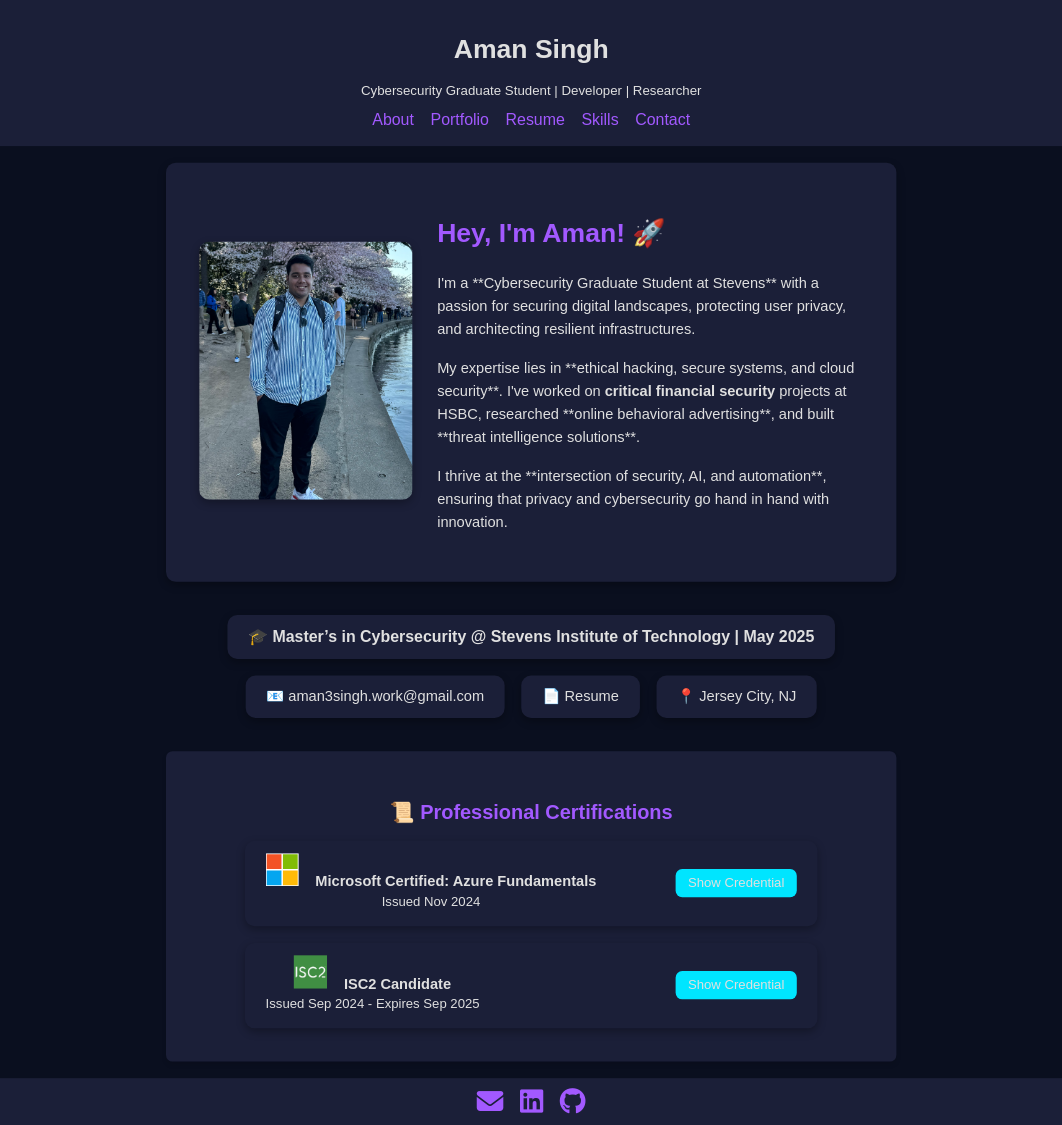
Repository: aman3singh/portfolio
Page: index.html
These files come from the project's save history. The page is drawn as it stood at one moment and after the next save; the edit follows.
The browser window is 1280 px wide. The pictures show the whole page, at 83% of full size.

Above is the page before, as saved 2025-02-11 22:36:04.

### index.html
<!DOCTYPE html>
<html lang="en">
<head>
    <meta charset="UTF-8">
    <meta name="viewport" content="width=device-width, initial-scale=1.0">
    <title>Aman Singh | Cybersecurity Portfolio</title>
    <link rel="stylesheet" href="styles.css">
    <link rel="stylesheet" href="https://cdnjs.cloudflare.com/ajax/libs/font-awesome/6.4.2/css/all.min.css">
</head>
<body>
    <header>
        <h1>Aman Singh</h1>
        <p>Cybersecurity Graduate Student | Developer | Researcher</p>
        <nav>
            <a href="#about">About</a>
            <a href="portfolio.html">Portfolio</a>
            <a href="resume.html">Resume</a>
            <a href="#skills">Skills</a>
            <a href="#contact">Contact</a>
        </nav>
    </header>

    <section id="about" style="display: flex; align-items: center; gap: 30px; padding: 40px;">
        <div style="flex: 1; text-align: center;">
            <img src="Aman.jpg" alt="Aman Singh" style="width: 100%; max-width: 300px; border-radius: 12px; box-shadow: 0px 4px 10px rgba(0, 0, 0, 0.3);">
        </div>
        <div style="flex: 2;">
            <h2 style="color: #A259FF;">Hey, I'm Aman! 🚀</h2>
            <p>
                I'm a **Cybersecurity Graduate Student at Stevens** with a passion for securing digital landscapes, protecting user privacy, and architecting resilient infrastructures.
            </p>
            <p>
                My expertise lies in **ethical hacking, secure systems, and cloud security**. I've worked on <b>critical financial security</b> projects at HSBC, researched **online behavioral advertising**, and built **threat intelligence solutions**.
            </p>
            <p>
                I thrive at the **intersection of security, AI, and automation**, ensuring that privacy and cybersecurity go hand in hand with innovation.
            </p>
        </div>
    </section>

    <div style="display: flex; flex-direction: column; align-items: center; text-align: center; gap: 20px; padding: 20px;">
        <div style="background-color: #1B1F38; padding: 15px 25px; border-radius: 12px; font-size: 1.2em; box-shadow: 0px 4px 10px rgba(0, 0, 0, 0.3);">
            🎓 <b>Master’s in Cybersecurity @ Stevens Institute of Technology | May 2025</b>
        </div>
        <div style="display: flex; gap: 20px;">
            <div style="background-color: #1B1F38; padding: 15px 25px; border-radius: 12px; font-size: 1.1em; box-shadow: 0px 4px 10px rgba(0, 0, 0, 0.3);">
                📧 <a href="mailto:aman3singh.work@gmail.com" style="color: #E0E0E0; text-decoration: none;">aman3singh.work@gmail.com</a>
            </div>
            <div style="background-color: #1B1F38; padding: 15px 25px; border-radius: 12px; font-size: 1.1em; box-shadow: 0px 4px 10px rgba(0, 0, 0, 0.3);">
                📄 <a href="resume.html" style="color: #E0E0E0; text-decoration: none;">Resume</a>
            </div>
            <div style="background-color: #1B1F38; padding: 15px 25px; border-radius: 12px; font-size: 1.1em; box-shadow: 0px 4px 10px rgba(0, 0, 0, 0.3);">
                📍 Jersey City, NJ
            </div>
        </div>
    </div>

    <section id="certifications" style="padding: 40px; text-align: center;">
        <h2 style="color: #A259FF;">📜 Professional Certifications</h2>
        <div style="display: flex; flex-direction: column; align-items: center; gap: 20px;">
            <div style="background-color: #1B1F38; padding: 15px 25px; border-radius: 12px; font-size: 1.1em; width: 80%; display: flex; align-items: center; justify-content: space-between; box-shadow: 0px 4px 10px rgba(0, 0, 0, 0.3);">
                <div>
                    <img src="microsoft_logo.svg" alt="Microsoft Logo" style="height: 40px; margin-right: 15px;">
                    <b>Microsoft Certified: Azure Fundamentals</b>
                    <p style="margin: 5px 0; font-size: 0.9em;">Issued Nov 2024</p>
                </div>
                <a href="https://learn.microsoft.com/en-us/users/amansingh-1923/credentials/2ef5697650f7d138?ref=https%3A%2F%2Fwww.linkedin.com%2F" target="_blank" style="color: #E0E0E0; text-decoration: none; background-color: #00E5FF; padding: 8px 15px; border-radius: 8px; font-size: 0.9em;">Show Credential</a>
            </div>
            <div style="background-color: #1B1F38; padding: 15px 25px; border-radius: 12px; font-size: 1.1em; width: 80%; display: flex; align-items: center; justify-content: space-between; box-shadow: 0px 4px 10px rgba(0, 0, 0, 0.3);">
                <div>
                    <img src="isc2_logo.jpg" alt="ISC2 Logo" style="height: 40px; margin-right: 15px;">
                    <b>ISC2 Candidate</b>
                    <p style="margin: 5px 0; font-size: 0.9em;">Issued Sep 2024 - Expires Sep 2025</p>
                </div>
                <a href="https://www.credly.com/badges/34d270c8-7299-4ed3-a625-0a13da7394b7/linked_in_profile" target="_blank" style="color: #E0E0E0; text-decoration: none; background-color: #00E5FF; padding: 8px 15px; border-radius: 8px; font-size: 0.9em;">Show Credential</a>
            </div>
        </div>
    </section>

    <footer>
            <div class="social-links" style="display: flex; gap: 20px; font-size: 2rem;">
                <a href="mailto:aman3singh.work@gmail.com" target="_blank">
                    <i class="fa-solid fa-envelope"></i>
                </a>
                <a href="https://www.linkedin.com/in/aman-singh7/" target="_blank">
                    <i class="fa-brands fa-linkedin"></i>
                </a>
                <a href="https://github.com/aman3singh" target="_blank">
                    <i class="fa-brands fa-github"></i>
                </a>
            </div>
    </footer>
</body>
</html>

### styles.css
body {
    font-family: 'Arial', sans-serif;
    margin: 0;
    padding: 0;
    background-color: #0A0F1F;
    color: #E0E0E0;
}

header {
    background-color: #1B1F38;
    color: 	#E0E0E0;
    text-align: center;
    padding: 20px;
}

nav {
    display: flex;
    justify-content: center;
    gap: 20px;
}

nav a {
    color: #A259FF;
    text-decoration: none;
    font-size: 1.2em;
    transition: color 0.3s;
}

nav a:hover {
    color: #00E5FF;
}

section {
    padding: 20px;
    margin: 20px auto;
    max-width: 800px;
    background: #1B1F38;
    box-shadow: 0px 4px 6px rgba(0, 0, 0, 0.1);
    border-radius: 8px;
}

h2 {
    color: #A259FF;
}
#about {
    display: flex;
    align-items: center;
    gap: 30px;
    padding: 40px;
    background-color: #1B1F38;
    border-radius: 12px;
    box-shadow: 0px 4px 10px rgba(0, 0, 0, 0.3);
}

#about img {
    width: 100%;
    max-width: 300px;
    border-radius: 12px;
    box-shadow: 0px 4px 10px rgba(0, 0, 0, 0.3);
}

#about h2 {
    color: #A259FF;
    font-size: 2em;
}

#about p {
    color: #E0E0E0;
    font-size: 1.1em;
    line-height: 1.6;
}
#resume-container {
    display: flex;
    justify-content: center;
    align-items: center;
    min-height: 100vh;
    background-color: #0A0F1F; /* Match with your theme */
    padding-bottom: 0; /* Ensures no extra padding */
    overflow: hidden; /* Prevents extra scrolling */
}

#resume-container iframe {
    width: 80%;
    height: 100vh; /* Make it take full viewport height */
    border: none;
    background-color: transparent;
}

.project {
    border-left: 4px solid #A259FF;
    padding-left: 10px;
    margin-bottom: 15px;
}

.social-links {
    display: flex;
    justify-content: center;
    gap: 15px;
    font-size: 2rem;
}

.social-links a {
    color: #A259FF;
    transition: color 0.3s;
}

.social-links a:hover {
    color: #00E5FF;
}

footer {
    text-align: center;
    padding: 10px;
    background-color: #1B1F38;
    color: #E0E0E0;
}

After the next save:
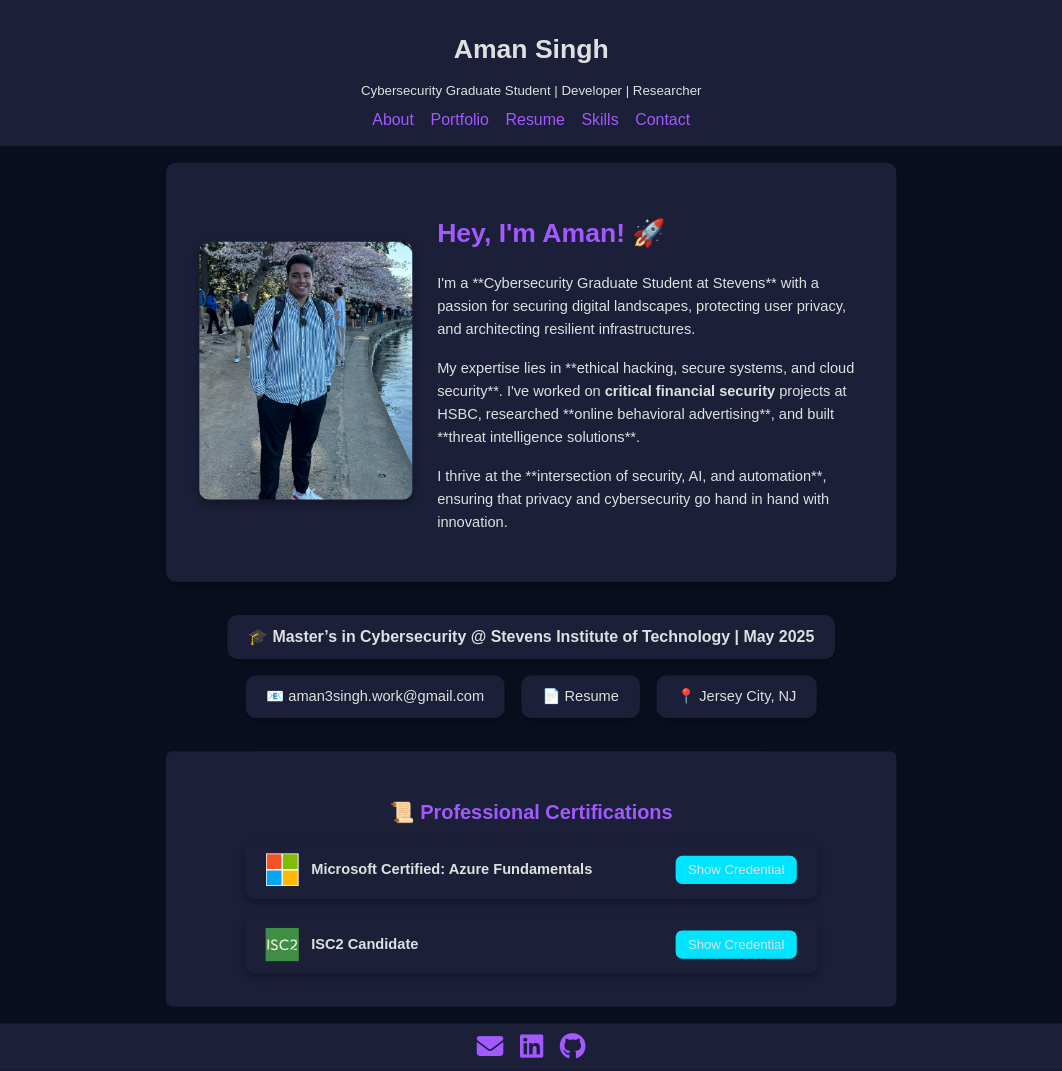
Saved 2 min 58 s later.
--- a/index.html
+++ b/index.html
@@ -59,18 +59,16 @@
         <h2 style="color: #A259FF;">📜 Professional Certifications</h2>
         <div style="display: flex; flex-direction: column; align-items: center; gap: 20px;">
             <div style="background-color: #1B1F38; padding: 15px 25px; border-radius: 12px; font-size: 1.1em; width: 80%; display: flex; align-items: center; justify-content: space-between; box-shadow: 0px 4px 10px rgba(0, 0, 0, 0.3);">
-                <div>
-                    <img src="microsoft_logo.svg" alt="Microsoft Logo" style="height: 40px; margin-right: 15px;">
+                <div style="display: flex; align-items: center; gap: 15px;">
+                    <img src="microsoft_logo.svg" alt="Microsoft Logo" style="height: 40px;">
                     <b>Microsoft Certified: Azure Fundamentals</b>
-                    <p style="margin: 5px 0; font-size: 0.9em;">Issued Nov 2024</p>
                 </div>
                 <a href="https://learn.microsoft.com/en-us/users/amansingh-1923/credentials/2ef5697650f7d138?ref=https%3A%2F%2Fwww.linkedin.com%2F" target="_blank" style="color: #E0E0E0; text-decoration: none; background-color: #00E5FF; padding: 8px 15px; border-radius: 8px; font-size: 0.9em;">Show Credential</a>
             </div>
             <div style="background-color: #1B1F38; padding: 15px 25px; border-radius: 12px; font-size: 1.1em; width: 80%; display: flex; align-items: center; justify-content: space-between; box-shadow: 0px 4px 10px rgba(0, 0, 0, 0.3);">
-                <div>
-                    <img src="isc2_logo.jpg" alt="ISC2 Logo" style="height: 40px; margin-right: 15px;">
+                <div style="display: flex; align-items: center; gap: 15px;">
+                    <img src="isc2_logo.jpg" alt="ISC2 Logo" style="height: 40px;">
                     <b>ISC2 Candidate</b>
-                    <p style="margin: 5px 0; font-size: 0.9em;">Issued Sep 2024 - Expires Sep 2025</p>
                 </div>
                 <a href="https://www.credly.com/badges/34d270c8-7299-4ed3-a625-0a13da7394b7/linked_in_profile" target="_blank" style="color: #E0E0E0; text-decoration: none; background-color: #00E5FF; padding: 8px 15px; border-radius: 8px; font-size: 0.9em;">Show Credential</a>
             </div>
